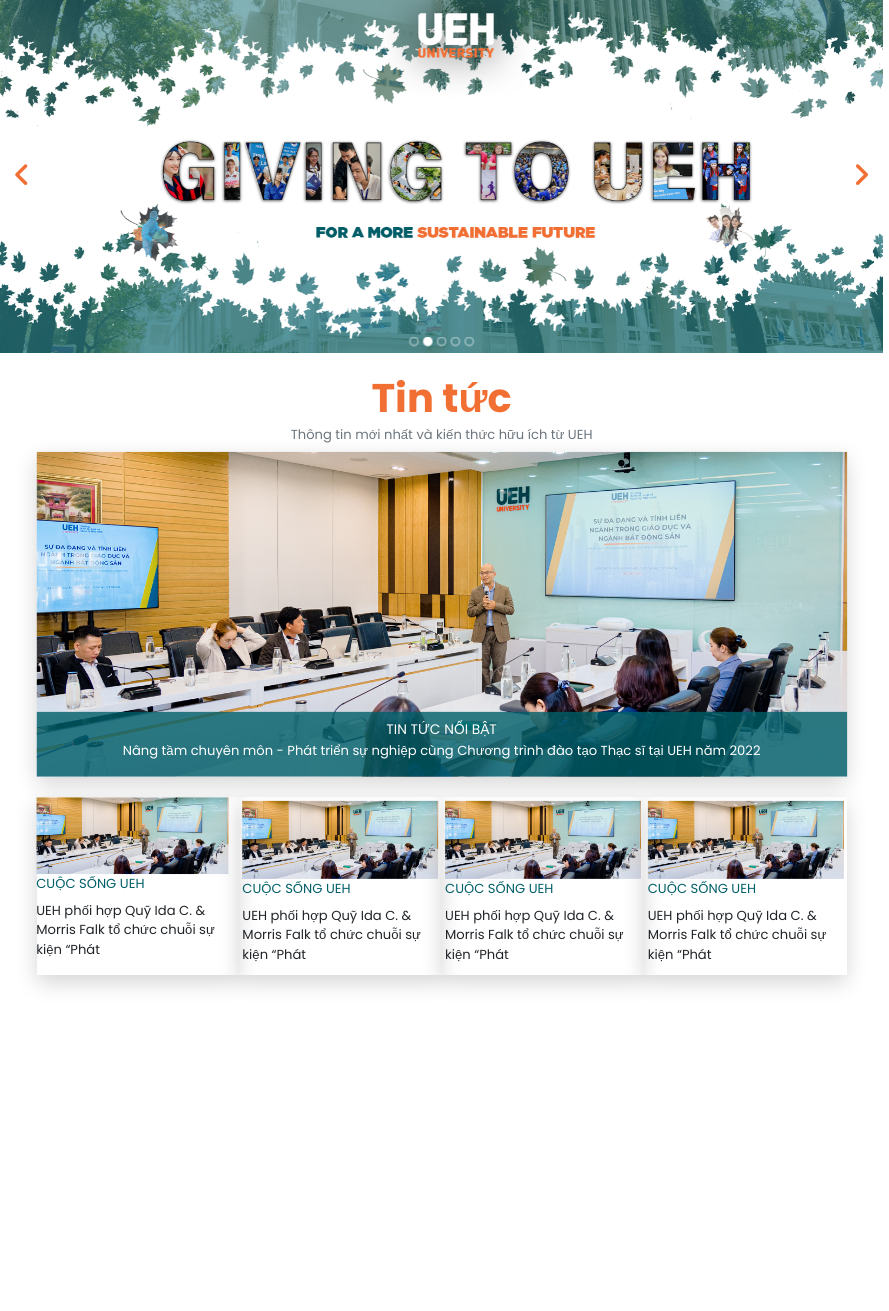
Repository: Jackietruong2805/frontends
Page: html css/ueh/index.html
The author's editor kept a copy of each file at every save. The page is drawn from the files as they stood at one save, then again after the next save.
The browser window is 1280 px wide. The page is 1288 px wide, so the pictures cover 1288 px, including what lies to the right of the window. The pictures show the part of the page from y = 720 to 2620 px (the page is 3193 px tall before and 1720 px after), at 69% of full size.
Some web libraries are served in a nearby version.

Above is the page before, as saved 2022-06-20 09:19:22.

### html css/ueh/index.html
<!DOCTYPE html>
<html lang="en">
  <head>
    <meta charset="UTF-8" />
    <meta http-equiv="X-UA-Compatible" content="IE=edge" />
    <meta name="viewport" content="width=device-width, initial-scale=1.0" />
    <title>UEH</title>
    <!-- FONT GOOGLE -->
    <link rel="preconnect" href="https://fonts.googleapis.com" />
    <link rel="preconnect" href="https://fonts.gstatic.com" crossorigin />
    <link
      href="https://fonts.googleapis.com/css2?family=Poppins:wght@300;400;700&display=swap"
      rel="stylesheet"
    />
    <!-- FONT AWESOME -->
    <link
      rel="stylesheet"
      href="https://cdnjs.cloudflare.com/ajax/libs/font-awesome/6.1.1/css/all.min.css"
      integrity="sha512-KfkfwYDsLkIlwQp6LFnl8zNdLGxu9YAA1QvwINks4PhcElQSvqcyVLLD9aMhXd13uQjoXtEKNosOWaZqXgel0g=="
      crossorigin="anonymous"
      referrerpolicy="no-referrer"
    />
    <!-- BS5 -->
    <link
      href="https://cdn.jsdelivr.net/npm/bootstrap@5.1.3/dist/css/bootstrap.min.css"
      rel="stylesheet"
      integrity="sha384-1BmE4kWBq78iYhFldvKuhfTAU6auU8tT94WrHftjDbrCEXSU1oBoqyl2QvZ6jIW3"
      crossorigin="anonymous"
    />
    <!-- INDEX CSS -->
    <link rel="stylesheet" href="./css/index.css" />
  </head>
  <body class="fix">
    <!-- HEADER -->
    <header class="container-fluid p-0">
      <nav
        class="navbar navbar-expand-lg navbar-dark bg-dark p-0 fixed-top w-100"
        id="brand-bar"
      >
        <div class="container-fluid px-5">
          <a class="navbar-brand" id="header--workmark" href="#">
            <img src="./img/logo-header.png" id="logo-header" alt="ueh-logo" />
          </a>
          <button
            class="navbar-toggler"
            type="button"
            data-bs-toggle="collapse"
            data-bs-target="#navbarUeh"
            aria-controls="navbarSupportedContent"
            aria-expanded="false"
            aria-label="Toggle navigation"
          >
            <span class="navbar-toggler-icon"></span>
          </button>
          <div class="collapse navbar-collapse" id="navbarUeh">
            <ul class="navbar-nav ms-auto mb-2 mb-lg-0 px-5">
              <li class="nav-item">
                <a class="nav-link active" aria-current="page" href="#"
                  >Tân sinh viên</a
                >
              </li>
              <li class="nav-item">
                <a class="nav-link" href="#">Người học</a>
              </li>
              <li class="nav-item">
                <a class="nav-link" href="#">Cựu sinh viên</a>
              </li>
              <li class="nav-item">
                <a class="nav-link" href="#">UEH Future</a>
              </li>
              <li class="nav-item">
                <a class="nav-link" href="#">UEHer</a>
              </li>
              <li class="nav-item">
                <a class="nav-link" href="#">UEH Vĩnh Long</a>
              </li>
              <li class="nav-item d-flex align-items-center">
                <div class="button-cover">
                  <span class="vi text-white">VI</span>
                  <span class="en">EN</span>
                </div>
              </li>
            </ul>
            <button class="btn btn-info">
              <i class="fa fa-search"></i>
            </button>
          </div>
        </div>
      </nav>
      <div id="video" class="video row">
        <div class="video-ueh"></div>
      </div>
    </header>

    <!-- CAROUSEL -->
    <div class="body">
      <section class="carousel">
        <div id="uehIndicators" class="carousel slide" data-bs-ride="carousel">
          <div class="carousel-indicators">
            <button
              type="button"
              data-bs-target="#uehIndicators"
              data-bs-slide-to="0"
              class="active"
              aria-current="true"
              aria-label="Slide 1"
            ></button>
            <button
              type="button"
              data-bs-target="#uehIndicators"
              data-bs-slide-to="1"
              aria-label="Slide 2"
            ></button>
            <button
              type="button"
              data-bs-target="#uehIndicators"
              data-bs-slide-to="2"
              aria-label="Slide 3"
            ></button>
            <button
              type="button"
              data-bs-target="#uehIndicators"
              data-bs-slide-to="3"
              aria-label="Slide 4"
            ></button>
            <button
              type="button"
              data-bs-target="#uehIndicators"
              data-bs-slide-to="4"
              aria-label="Slide 4"
            ></button>
          </div>
          <div class="carousel-inner">
            <div class="carousel-item active">
              <img src="./img/slider-1.jpg" class="d-block w-100" alt="..." />
            </div>
            <div class="carousel-item">
              <img src="./img/slider-2.png" class="d-block w-100" alt="..." />
            </div>
            <div class="carousel-item">
              <img src="./img/slider-3.jpg" class="d-block w-100" alt="..." />
            </div>
            <div class="carousel-item">
              <img src="./img/slider-4.jpg" class="d-block w-100" alt="..." />
            </div>
            <div class="carousel-item">
              <img src="./img/slider-5.png" class="d-block w-100" alt="..." />
            </div>
          </div>
          <button
            class="carousel-control-prev"
            type="button"
            data-bs-target="#uehIndicators"
            data-bs-slide="prev"
          >
            <span class="ueh-block-title">
              <i class="fa fa-angle-left"></i>
            </span>
            <span class="visually-hidden">Previous</span>
          </button>
          <button
            class="carousel-control-next"
            type="button"
            data-bs-target="#uehIndicators"
            data-bs-slide="next"
          >
            <span class="ueh-block-title"
              ><i class="fa fa-angle-right"></i
            ></span>
            <span class="visually-hidden">Next</span>
          </button>
        </div>
      </section>
      <!-- CAROUSEL -->

      <!-- NEWS -->
      <section class="news my-5">
        <h1 class="text-center ueh-block-title fw-bold fs-1">Tin tức</h1>
        <p class="text-muted text-center">
          Thông tin mới nhất và kiến thức hữu ích từ UEH
        </p>
        <div class="container-fluid px-5">
          <div class="row px-5">
            <div class="col-12 shadow-lg p-0 overflow-hidden position-relative">
              <img
                class="img-fluid"
                id="img-scale"
                src="./img/news-1.jpg"
                alt="news1"
              />
              <div class="news__overplay">
                <h2 class="over-1">TIN TỨC NỔI BẬT</h2>
                <p class="over-2">
                  Nâng tầm chuyên môn - Phát triển sự nghiệp cùng Chương trình
                  đào tạo Thạc sĩ tại UEH năm 2022
                </p>
              </div>
            </div>
          </div>
          <div class="row px-5 py-5">
            <div class="col-3 p-0 pe-4 shadow-lg">
              <img class="img-fluid" src="./img/news-1.jpg" alt="news-1" />
              <p style="color: rgb(0, 95, 105)">CUỘC SỐNG UEH</p>
              <p>
                UEH phối hợp Quỹ Ida C. & Morris Falk tổ chức chuỗi sự kiện
                “Phát
              </p>
            </div>
            <div class="col-3 p-0 p-2 shadow-lg">
              <img class="img-fluid" src="./img/news-1.jpg" alt="news-1" />
              <p style="color: rgb(0, 95, 105)">CUỘC SỐNG UEH</p>
              <p>
                UEH phối hợp Quỹ Ida C. & Morris Falk tổ chức chuỗi sự kiện
                “Phát
              </p>
            </div>
            <div class="col-3 p-0 p-2 shadow-lg">
              <img class="img-fluid" src="./img/news-1.jpg" alt="news-1" />
              <p style="color: rgb(0, 95, 105)">CUỘC SỐNG UEH</p>
              <p>
                UEH phối hợp Quỹ Ida C. & Morris Falk tổ chức chuỗi sự kiện
                “Phát
              </p>
            </div>
            <div class="col-3 p-0 p-2 shadow-lg">
              <img class="img-fluid" src="./img/news-1.jpg" alt="news-1" />
              <p style="color: rgb(0, 95, 105)">CUỘC SỐNG UEH</p>
              <p>
                UEH phối hợp Quỹ Ida C. & Morris Falk tổ chức chuỗi sự kiện
                “Phát
              </p>
            </div>
          </div>
        </div>
      </section>
      <!-- ADMISSIONS -->
      <section class="admissions"></section>
      <!-- EVENT -->
      <section class="event"></section>
      <!-- RESEARCH -->
      <section class="research"></section>
      <!-- TRAIN -->
      <section class="train"></section>
      <!-- COOPERATION -->
      <section class="coOperation"></section>
      <!-- ACCREDITATION -->
      <section class="accreditation"></section>
      <!-- UEH -->
      <section class="ueh"></section>
      <!-- INTRO -->
      <section class="intro"></section>
      <!-- EXPLORE -->
      <section class="explore"></section>
      <!-- FOOTER -->
      <footer></footer>
    </div>

    <div class="placeholder"></div>

    <!-- thư viện hộ trợ -->
    <script
      src="https://cdn.jsdelivr.net/npm/bootstrap@5.1.3/dist/js/bootstrap.bundle.min.js"
      integrity="sha384-ka7Sk0Gln4gmtz2MlQnikT1wXgYsOg+OMhuP+IlRH9sENBO0LRn5q+8nbTov4+1p"
      crossorigin="anonymous"
    ></script>
    <script src="./js/index.js"></script>
  </body>
</html>

### html css/ueh/css/index.css
/* Global */
* {
    padding: 0;
    margin: 0;
    box-sizing: border-box;
}

html {
    font-size: 10px;
}

body {
    font-size: 1.9em;
}

body,
html {
    font-family: 'Poppins', sans-serif;
}

.ueh-block-title {
    color: #f26f33 !important;
}

.fs-1 {
    font-size: 3.0517578125em !important;
    ;
}

#img-scale {
    transform: scale(1);
    transition: 0.5s;
}

#img-scale:hover {
    transform: scale(1.05);
}

.fixed {
    position: fixed;
    top: 0;
    width: 100%;
    z-index: -2;
}

/* HEADER */


header {
    height: 100vh;
    display: flex;
    flex-direction: column;
    position: relative;
    z-index: 1;
}

.video {
    flex-grow: 1;
}

.video-ueh {
    height: 100%;
    background-image: url('../img/ueh-vid.gif');
    background-position: center;
    background-repeat: no-repeat;
    background-size: cover;
}

#brand-bar {
    background-color: rgb(0, 95, 105) !important;

}

#navbarUeh .nav-item {
    transition: 0.5s;
}

#navbarUeh .nav-item:hover:not(:last-child) {
    background-color: #f26f33;
}

.navbar #header--workmark {
    font-size: 1.1em !important;
    line-height: 1.8em !important;
}

#logo-header {
    max-height: 36px !important;
}

#navbarUeh .nav-item .nav-link {
    color: #fff;
    font-weight: 300;
    padding: .5555555556em .5em;
    outline-offset: -4px;
}

.button-cover {
    background-color: white;
    border-radius: 30px;
    padding: 1.5px 4px;
    line-height: 10px;
}

.button-cover .vi {
    display: inline-block;
    border-radius: 50%;
    background-color: rgb(0, 95, 105);
    padding: 8px;
    font-size: 10px;
    font-weight: bold;
}

.button-cover .en {
    color: rgb(0, 95, 105);
    font-size: 10px;
    padding: 5px;
    font-weight: bold;
}

#navbarUeh .btn-info,
#navbarUeh .btn-info:focus {
    color: white;
    background-color: rgb(0, 95, 105);
    border: 0;
    font-size: inherit;
    padding: 0 40px 0 60px;
    box-shadow: none;
}


/* CAROUSEL */


#uehIndicators .carousel-indicators .active {
    background-color: white;
}

.carousel-control-prev,
.carousel-control-next {
    opacity: 1;
    width: 5%;
}

.carousel-indicators [data-bs-target] {
    width: 10px;
    height: 10px;
    border-radius: 50%;
    background-color: transparent;
    border: 2px solid white;
    background-clip: border-box;
}

.carousel-control-prev .fa-angle-left {
    font-size: 40px;
}

.carousel-control-next .fa-angle-right {
    font-size: 40px;
}

.news__overplay {
    position: absolute;
    width: 100%;
    height: 20%;
    background-color: rgba(0, 95, 105, 0.8);
    bottom: 0;
    display: flex;
    flex-direction: column;
    justify-content: center;
    text-align: center;
    color: #fff;
}

/* .fixed .body {
    position: fixed;
    top: 0;
    width: 100%;
    z-index: -1;
} */

.fix .placeholder {
    position: relative;
    height: 1000px;
    z-index: 1;
}

### html css/ueh/js/index.js
window.onscroll = function () {
  const video = document.getElementById("video");

  const videoHeight = video.offsetHeight;

  if (document.documentElement.scrollTop <= videoHeight) {
  }
};

After the next save:
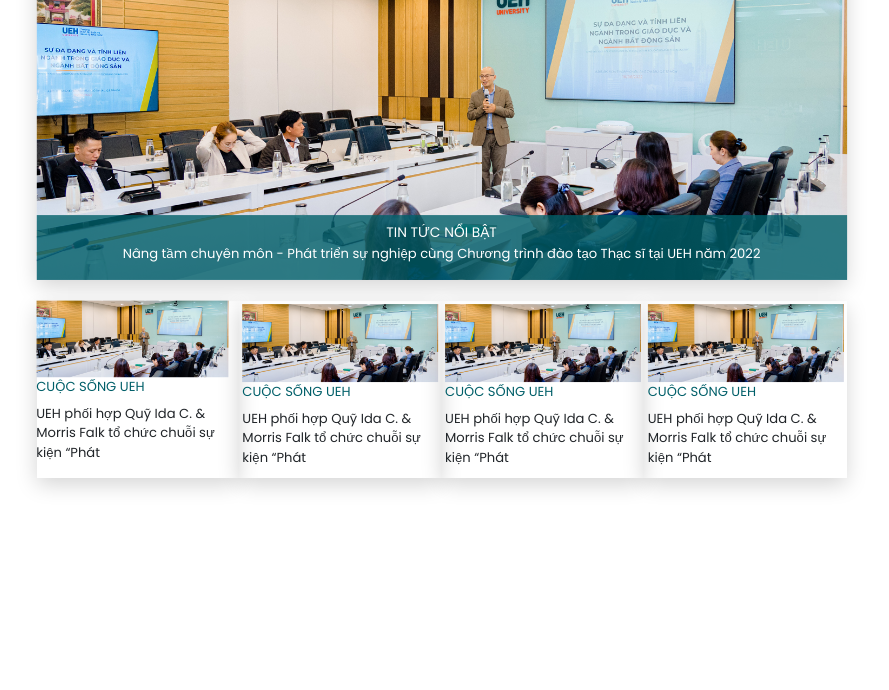
Saved 14 s later.
--- a/html css/ueh/css/index.css
+++ b/html css/ueh/css/index.css
@@ -172,12 +172,12 @@
     color: #fff;
 }
 
-/* .fixed .body {
+.fix .body {
     position: fixed;
     top: 0;
     width: 100%;
     z-index: -1;
-} */
+}
 
 .fix .placeholder {
     position: relative;
